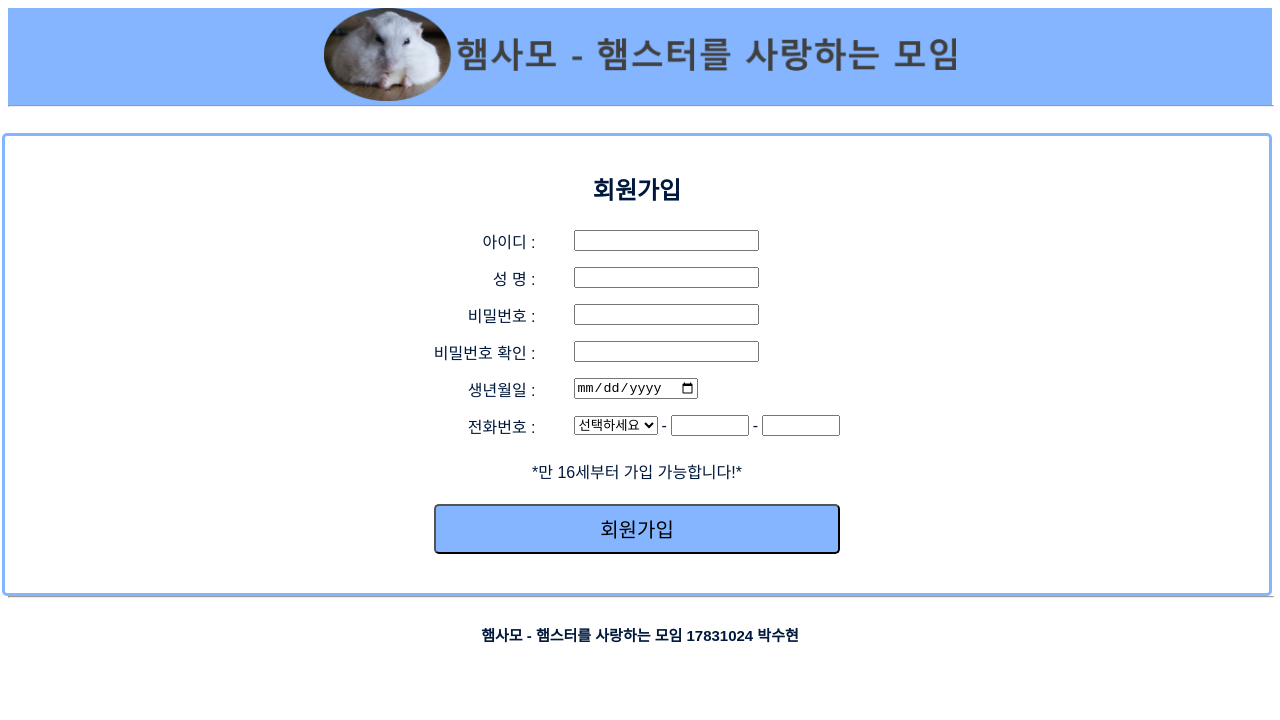
Repository: hyun5292/school
Page: http://localhost/HamSaMo/WEB-INF/views/member/joinForm.jsp
These files come from the project's save history. The page is drawn as it stood at one moment and after the next save; the edit follows.
The browser window is 1280 px wide. The pictures show the whole page.
The page is served by Tomcat 9. Nobody is signed in. The template is opened directly, without the code that normally fills it, so the values that code supplies are empty.

Above is the page before, as saved 2019-12-09 17:40:14.

After the next save:
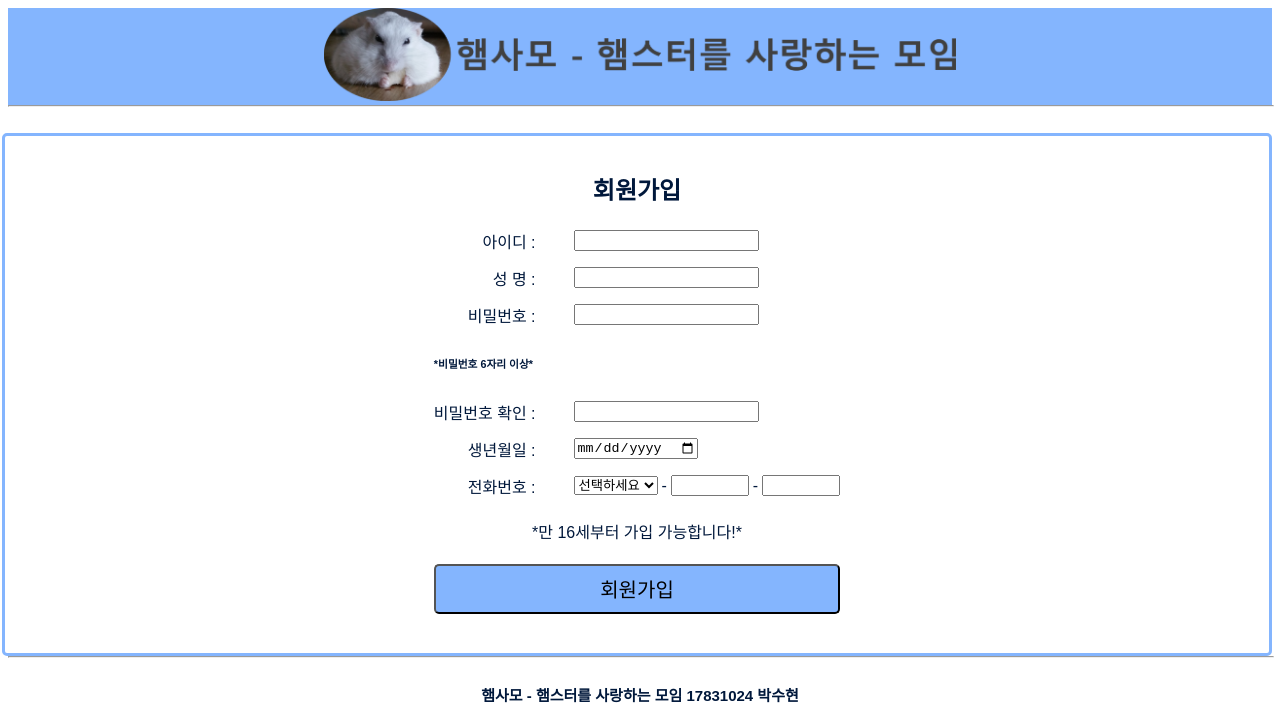
Saved 31 min 17 s later.
--- a/spring/HamSaMo/HamSaMo/src/main/webapp/WEB-INF/views/member/joinForm.jsp
+++ b/spring/HamSaMo/HamSaMo/src/main/webapp/WEB-INF/views/member/joinForm.jsp
@@ -137,7 +137,7 @@
 							<td width="30px"></td>
 							<td colspan="5"><input type="text" name="mPw"></td>
 						</tr>
-						<tr><td height="5px"></td></tr>
+						<tr><td height="5px"><h6>*비밀번호 6자리 이상*</h6></td></tr>
 						<tr>
 							<td align="right">비밀번호 확인 :</td>
 							<td width="30px"></td>
